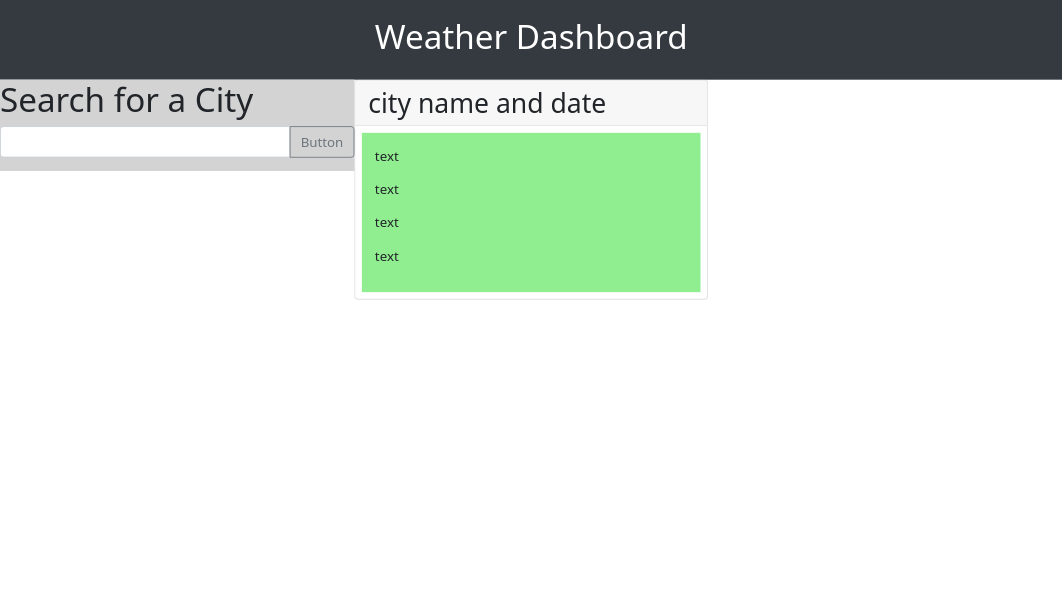
Repository: ziffoit/Weather_Dashboard
Page: index.html
The author's editor kept a copy of each file at every save. The page is drawn from the files as they stood at one save, then again after the next save.
The browser window is 1280 px wide. The pictures show the whole page, at 83% of full size.

Above is the page before, as saved 2021-03-25 14:46:55.

### index.html
<!DOCTYPE html>
<html lang="en">
  <head>
    <meta charset="UTF-8" />
    <meta name="viewport" content="width=device-width, initial-scale=1.0" />
    <link
      href="https://cdn.jsdelivr.net/npm/bootstrap@5.0.0-beta3/dist/css/bootstrap.min.css"
      rel="stylesheet"
      integrity="sha384-eOJMYsd53ii+scO/bJGFsiCZc+5NDVN2yr8+0RDqr0Ql0h+rP48ckxlpbzKgwra6"
      crossorigin="anonymous"
    />
    <link rel="stylesheet" href="./Assets/style.css" />
    <title>Document</title>
  </head>
  <body>
    <header id="header">
      <h1>Weather Dashboard</h1>
    </header>
    <aside class="col-md-4">
      <h1>Search for a City</h1>
      <div class="input-group mb-3">
        <input type="text" class="form-control" />
        <button
          class="btn btn-outline-secondary"
          type="button"
          id="button-addon2"
        >
          Button
        </button>
      </div>
      <div></div>
    </aside>
    <section class="col-lg-8">
        <div class="card">
          <h2 class="card-header">city name and date</h5>
          <div class="card-body">
            <p>text</p>
            <p>text</p>
            <p>text</p>
            <p>text</p>
          </div>
        </div>
        <section></section>
    </section>
  </body>
</html>

### Assets/style.css
#header {
  text-align: center;
  background-color: #343a40;
  padding: 20px;
}

header > h1 {
  color: white;
}

aside {
  background-color: lightgray;
  float: left;
}

#main {
  float: right;
}

.card-body {
  background-color: lightgreen;
  margin: 8px;
}

After the next save:
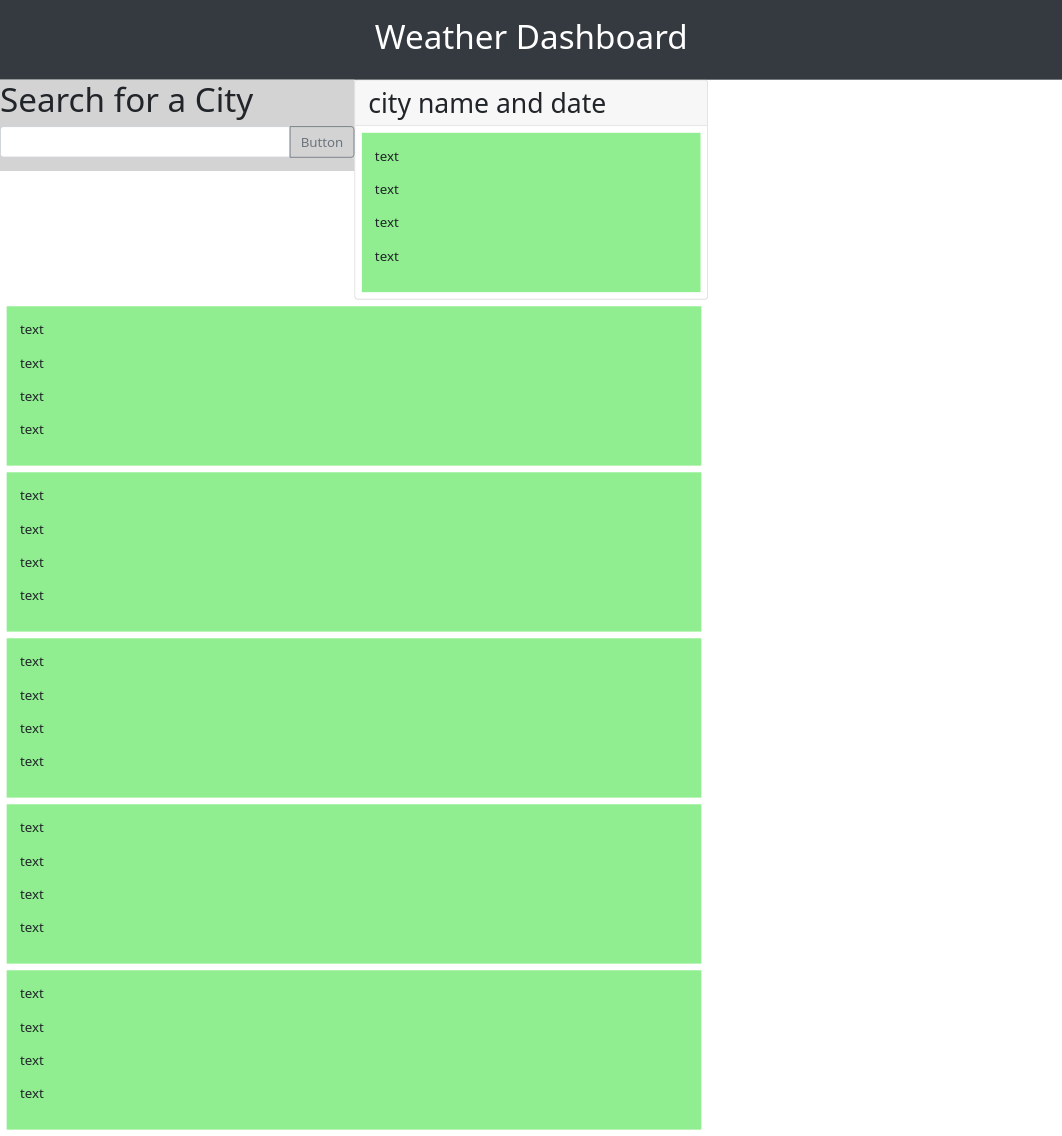
Saved 11 min 45 s later.
--- a/index.html
+++ b/index.html
@@ -40,7 +40,38 @@
             <p>text</p>
           </div>
         </div>
-        <section></section>
+        <section>
+          <div class="card-body">
+            <p>text</p>
+            <p>text</p>
+            <p>text</p>
+            <p>text</p>
+          </div>
+          <div class="card-body">
+            <p>text</p>
+            <p>text</p>
+            <p>text</p>
+            <p>text</p>
+          </div>
+          <div class="card-body">
+            <p>text</p>
+            <p>text</p>
+            <p>text</p>
+            <p>text</p>
+          </div>
+          <div class="card-body">
+            <p>text</p>
+            <p>text</p>
+            <p>text</p>
+            <p>text</p>
+          </div>
+          <div class="card-body">
+            <p>text</p>
+            <p>text</p>
+            <p>text</p>
+            <p>text</p>
+          </div>
+        </section>
     </section>
   </body>
 </html>
